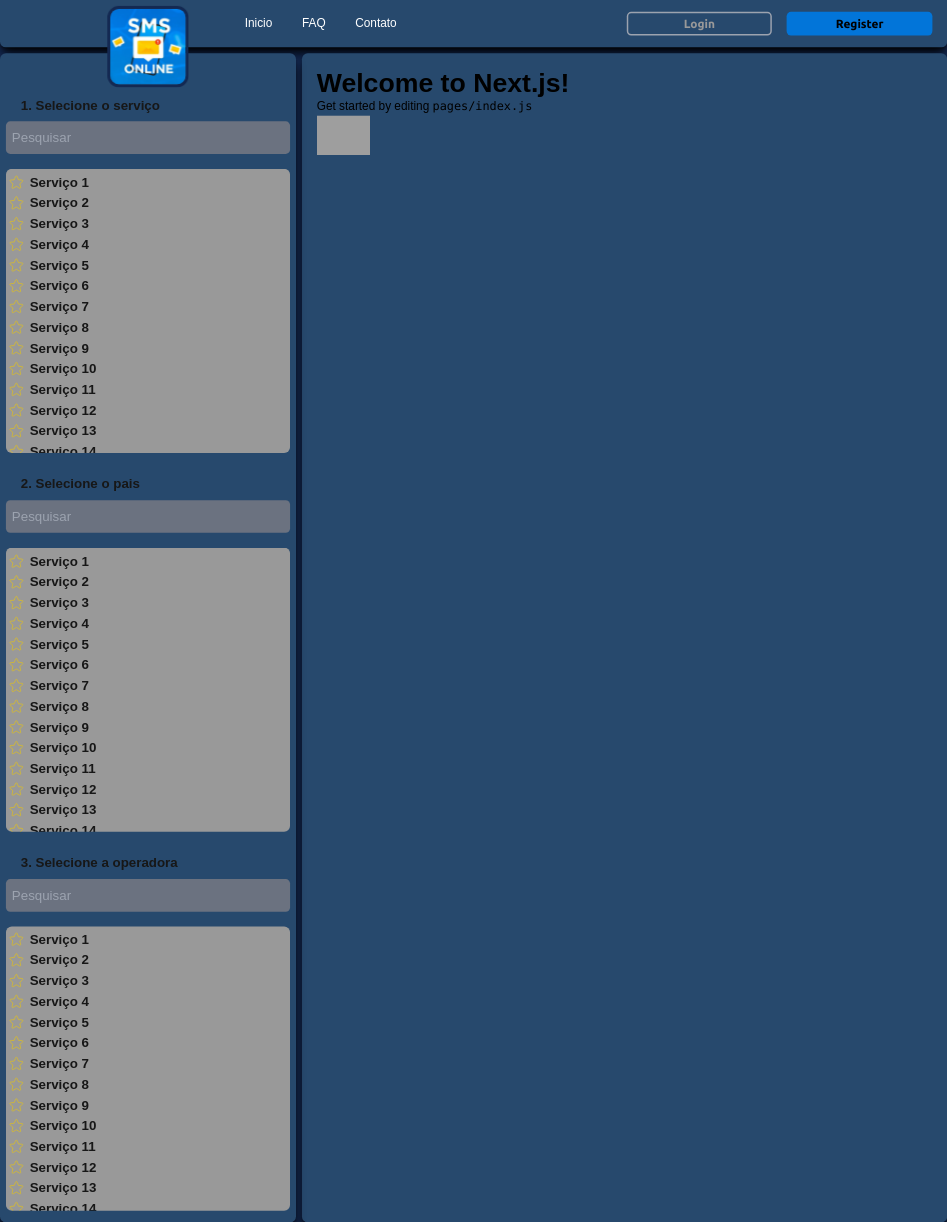
Repository: Felipe-Henrique-Dev/-DIOGO-SMS
Page: /
An editor plug-in stored every save of this project. The page is shown before and after the next save, followed by the edit.
The browser window is 1280 px wide. The pictures show the whole page, at 74% of full size.
Pictures or frames that could not be fetched are drawn as grey boxes. The project was rebuilt for these pictures with package versions that can differ from the ones it lists, and the page was loaded fresh each time. The framework's server and built-in components were replaced by stand-ins that run in the browser. Also part of the build but not shown: next.config.ts.

Above is the page before, as saved 2024-12-16 22:42:46.

After the next save:
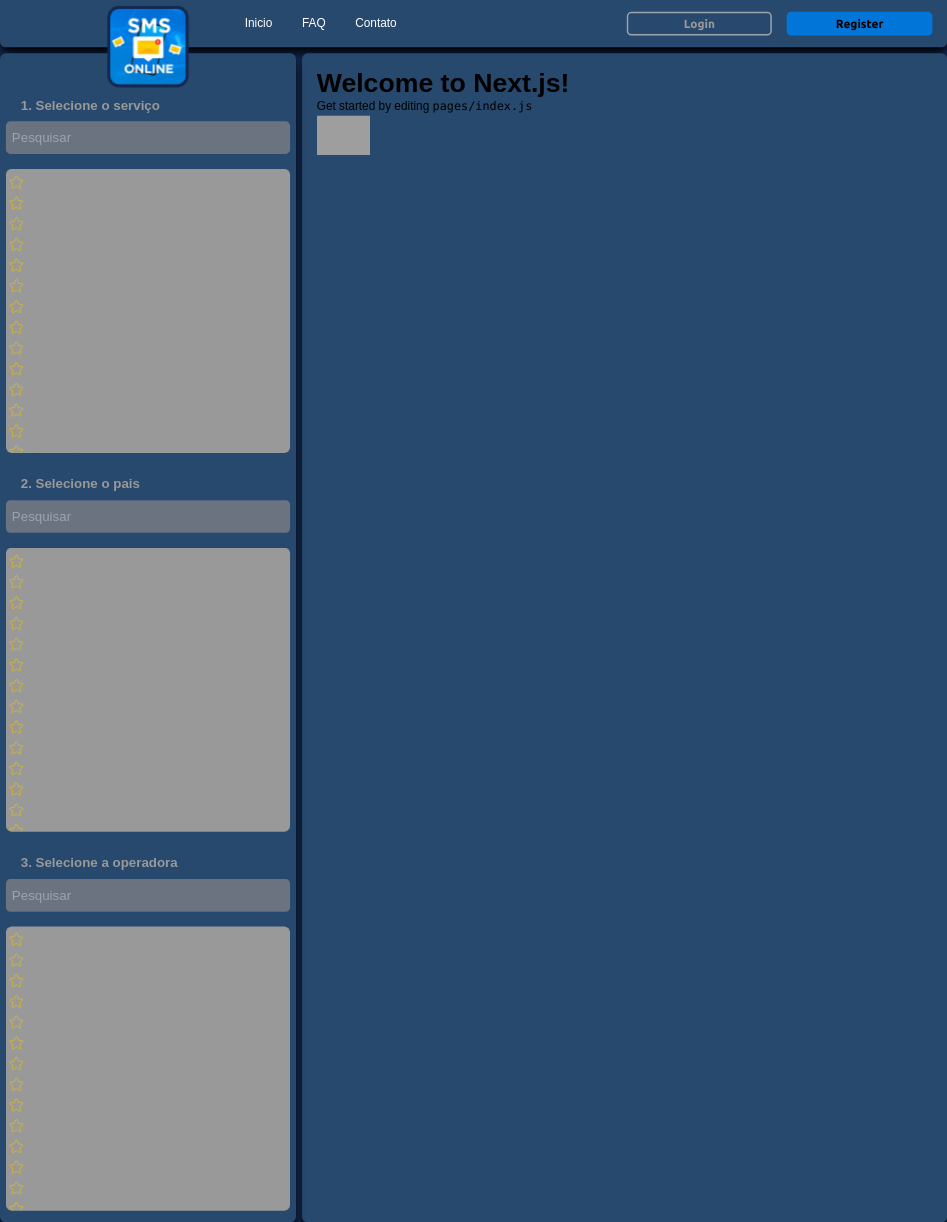
Saved 31 s later.
--- a/src/app/globals.css
+++ b/src/app/globals.css
@@ -16,7 +16,7 @@
 
 
 body {
-  color: var(--foreground);
+  color: var(--tertiary);
   background: var(--background);
   font-family: Arial, Helvetica, sans-serif;
 }
